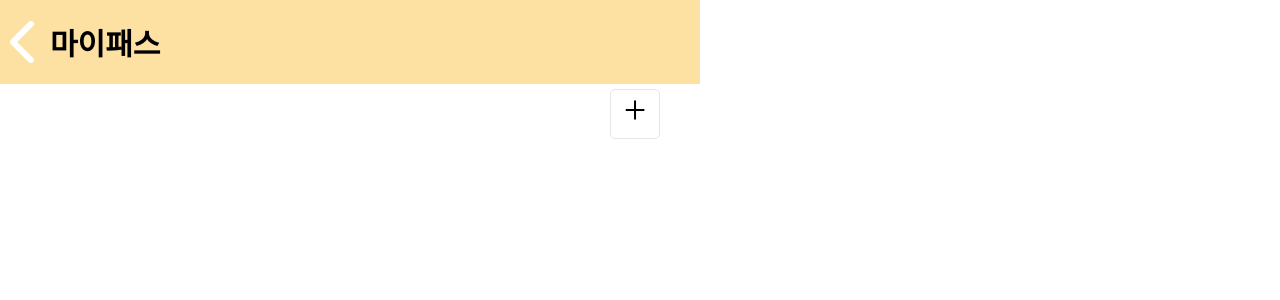
Repository: Lee-Front/myPath
Page: /
The author's editor kept a copy of each file at every save. The page is drawn from the files as they stood at one save, then again after the next save.
The browser window is 1280 px wide. The pictures show the whole page.
The page's requests for data from a server got no answer. The project was rebuilt for these pictures with package versions that can differ from the ones it lists, and the page was loaded fresh each time. No one was signed in, and anything a server would have sent is missing. Also part of the build but not shown: src/pages/PathDetail.js, src/components/career/Editor/EditComponent.js, src/components/career/Editor/EditorTag/ImageTag.js, src/components/career/Editor/EditorTag/MultipleTag.js, src/components/career/Editor/EditorTag/CheckBoxTag.js, src/components/career/Editor/EditorTag/BulletPointTag.js, src/components/career/Editor/EditBranchComponent.js, src/components/common/PopupMenu.js and 4 more.

Above is the page before, as saved 2023-05-25 23:00:44.

### src/index.js
import React from "react";
import ReactDOM from "react-dom/client";
import "./index.css";
import App from "./App";
import reportWebVitals from "./reportWebVitals";
import { BrowserRouter } from "react-router-dom";

const root = ReactDOM.createRoot(document.getElementById("root"));
root.render(
  <BrowserRouter basename={process.env.PUBLIC_URL}>
    <App />
  </BrowserRouter>
);

// If you want to start measuring performance in your app, pass a function
// to log results (for example: reportWebVitals(console.log))
// or send to an analytics endpoint. Learn more: https://bit.ly/CRA-vitals
reportWebVitals();

### src/App.js
import { Route, Routes } from "react-router-dom";
import "./App.css";
import Home from "./pages/Home";
import Navigator from "./components/navigator/Navigator";
import PathDetail from "./pages/PathDetail";
import PathWrite from "./pages/PathWrite";
import styled from "@emotion/styled";

const PageWrapper = styled.div`
  height: 100%;
  display: flex;
  flex-direction: column;
`;
const ContentWarpper = styled.div`
  flex: 1;
  overflow: hidden;
`;

function App() {
  return (
    <PageWrapper>
      <Navigator />
      <ContentWarpper>
        <Routes>
          <Route path="/" element={<Home />} />
          <Route path="/write" element={<PathWrite />} />
          <Route path="/pathDetail" element={<PathDetail />} />
        </Routes>
      </ContentWarpper>
    </PageWrapper>
  );
}

export default App;

### src/App.css
html, body, div, span, applet, object, iframe,
h1, h2, h3, h4, h5, h6, p, blockquote, pre,
a, abbr, acronym, address, big, cite, code,
del, dfn, em, img, ins, kbd, q, s, samp,
small, strike, strong, sub, sup, tt, var,
b, u, i, center,
dl, dt, dd, ol, ul, li,
fieldset, form, label, legend,
table, caption, tbody, tfoot, thead, tr, th, td,
article, aside, canvas, details, embed,
figure, figcaption, footer, header, hgroup,
menu, nav, output, ruby, section, summary,
time, mark, audio, video {
	margin: 0;
	padding: 0;
	border: 0;
	font-size: 100%;
	font: inherit;
	vertical-align: baseline;
	box-sizing: border-box;
}
/* HTML5 display-role reset for older browsers */
article, aside, details, figcaption, figure,
footer, header, hgroup, menu, nav, section {
	display: block;
}
body {
	overscroll-behavior-y: none;
}
ol, ul {
	list-style: none;
}
blockquote, q {
	quotes: none;
}
blockquote:before, blockquote:after,
q:before, q:after {
	content: '';
	content: none;
}
table {
	border-collapse: collapse;
	border-spacing: 0;
}

html, body,#root {
	height: 100vh;
}
html{
	-webkit-user-drag: none;
  -webkit-user-select: none;
  overflow: hidden;
  font-size: 62.5%;
  min-width: 34rem;
  max-width: 70rem;
}

a{
	-webkit-user-drag: none;
  -webkit-user-select: none;
}

img{
	-webkit-user-drag: none;
  -webkit-user-select: none;
}

div::-webkit-scrollbar{
	display: none;
  }


  [contenteditable=true]:empty:after{
	content: attr(placeholder);
	color:rgba(55,53,47,0.3)
  }

  *::selection {
	background: rgba(35,131,226,0.28);
  }

### src/pages/Home.js
import React from "react";
import PathList from "../components/career/PathCard/PathList";

const Home = () => {
  return <PathList />;
};

export default Home;

### src/components/navigator/Navigator.js
import React from "react";
import styled from "@emotion/styled";
import { useLocation, useNavigate } from "react-router-dom";
import { ReactComponent as LeftArrow } from "../../images/left-arrow.svg";

const NavigatorWrapper = styled.div`
  width: 100%;
  background-color: #fde1a3;
  display: flex;
  z-index: 998;
`;
const NavigatorSpan = styled.div`
  font-weight: 600;
  font-size: 3rem;
  flex: 1;
  padding: 2rem 1rem 2rem 1rem;
`;

const BackButton = styled(LeftArrow)`
  width: 3rem;
  fill: white;
  padding-left: 1rem;
  cursor: pointer;
`;

const Navigator = () => {
  const nav = useNavigate();
  const location = useLocation();
  return (
    <NavigatorWrapper
      onClick={() => {
        if (location.pathname !== "/") nav(-1);
      }}
    >
      <BackButton />
      <NavigatorSpan>마이패스</NavigatorSpan>
    </NavigatorWrapper>
  );
};

export default Navigator;

### src/components/career/PathCard/PathList.js
import React, { useEffect, useState } from "react";
import styled from "@emotion/styled";
import { useNavigate } from "react-router-dom";
import axios from "axios";
import { throttle } from "lodash";

const PathContainer = styled.div`
  padding-left: 4rem;
  padding-right: 4rem;
  display: flex;
  flex-direction: column;
  height: 100%;
`;
const PathCardContainer = styled.div`
  overflow-y: scroll;
`;

const FlexWrapper = styled.div`
  display: flex;
  margin-bottom: 1rem;
`;

const PathCard = styled.div`
  width: ${(props) => `calc(100% / ${props.columnCount} - 1rem)`};
  min-height: 15rem;
  border-radius: 0.5rem;
  border: 1px solid rgba(0, 0, 0, 0.1);
  margin: 0 0.5rem;
  cursor: pointer;
  background: white;
`;

const PathCardTitle = styled.span`
  display: block;
  font-size: 2.5rem;
  margin: 1rem;
  word-break: break-all;
`;

const AddButtonWrapper = styled.div`
  padding: 0.5rem 0;
`;

const AddButton = styled.div`
  width: 5rem;
  height: 5rem;
  text-align: center;
  border: 1px solid rgba(0, 0, 0, 0.1);
  border-radius: 0.5rem;
  cursor: pointer;
  margin-left: auto;
`;

const AddButtonSpan = styled.span`
  font-size: 4rem;
  line-height: 4rem;
`;

const userId = "wkdrmadl3";

const getMaxCardCount = () => {
  const PathListWidth = window.innerWidth - 80;
  let columnCount = Math.floor(PathListWidth / 240);

  if (PathListWidth < columnCount * 240) {
    columnCount--;
  }
  return columnCount > 1 ? columnCount : 1;
};

const PathList = () => {
  const nav = useNavigate();
  const [pathList, setPathList] = useState([]);
  const [cardColumn, setCardColumn] = useState(getMaxCardCount);

  const getPathList = async (userId) => {
    const pathList = await axios.get("/api/path/getList", {
      params: { userId },
    });
    setPathList(pathList.data);
  };

  const createPath = async (userId) => {
    const pathName = prompt("path의 이름을 입력하세요", "Path명");

    if (pathName === null) return;

    const createPath = await axios.post("/api/path/create", {
      userId,
      title: pathName,
    });

    if (createPath.status === 200) {
      nav("/write", { state: { pathId: createPath.data.pathId } });
    }
  };

  useEffect(() => {
    getPathList(userId);
  }, []);

  useEffect(() => {
    const handleResize = throttle(() => {
      setCardColumn(getMaxCardCount);
    }, 100);

    window.addEventListener("resize", handleResize);
    return () => window.removeEventListener("resize", handleResize);
  }, []);

  const moveWritePage = (pathId) => {
    nav("/write", { state: { pathId } });
  };

  return (
    <PathContainer>
      <AddButtonWrapper>
        <AddButton
          onClick={() => {
            createPath(userId);
          }}
        >
          <AddButtonSpan>+</AddButtonSpan>
        </AddButton>
      </AddButtonWrapper>
      <PathCardContainer>
        {Array(Math.ceil(pathList?.length / cardColumn))
          .fill(0)
          .map((_, index) => (
            <FlexWrapper key={index}>
              {pathList
                .slice(index * cardColumn, index * cardColumn + cardColumn)
                .map((path) => (
                  <PathCard
                    columnCount={cardColumn}
                    key={path.pathId}
                    onClick={() => {
                      moveWritePage(path.pathId);
                    }}
                  >
                    <PathCardTitle>{path.title}</PathCardTitle>
                  </PathCard>
                ))}
            </FlexWrapper>
          ))}
      </PathCardContainer>
    </PathContainer>
  );
};

export default PathList;

Loaded but not shown: public/index.html (common file); src/index.css (common file); src/reportWebVitals.js (common file)

After the next save:
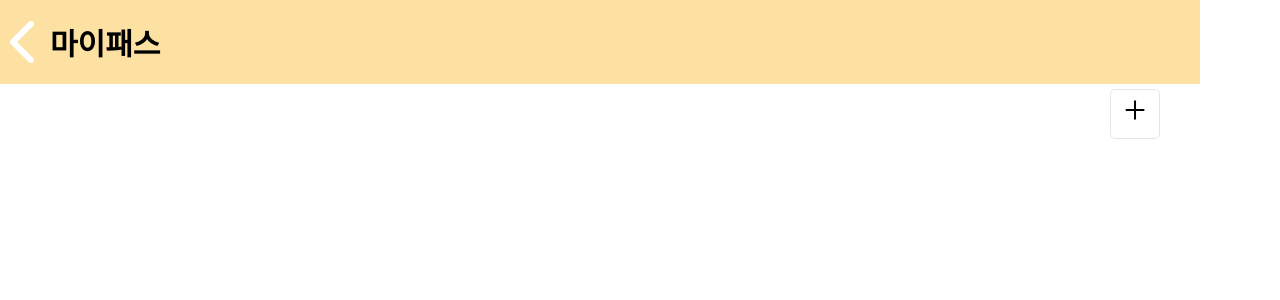
Saved 106 s later.
--- a/src/App.css
+++ b/src/App.css
@@ -52,7 +52,7 @@ html{
   overflow: hidden;
   font-size: 62.5%;
   min-width: 34rem;
-  max-width: 70rem;
+  max-width: 120rem;
 }
 
 a{
